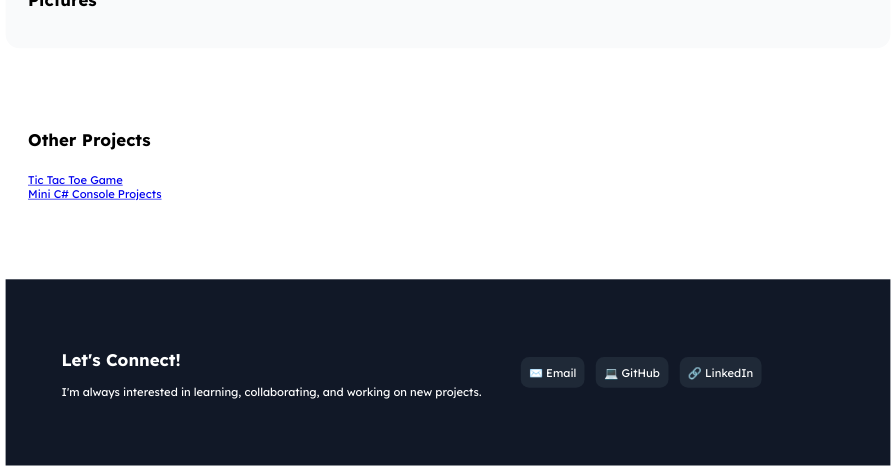
Repository: perrybalaba/perrybalaba
Page: pages/weapon-upgrade.html
An editor plug-in stored every save of this project. The page is shown before and after the next save, followed by the edit.
The browser window is 1280 px wide. The pictures show the part of the page from y = 540 to 2460 px (the page is 1213 px tall before and 2781 px after), at 70% of full size.

Above is the page before, as saved 2026-05-14 18:16:04.

After the next save:
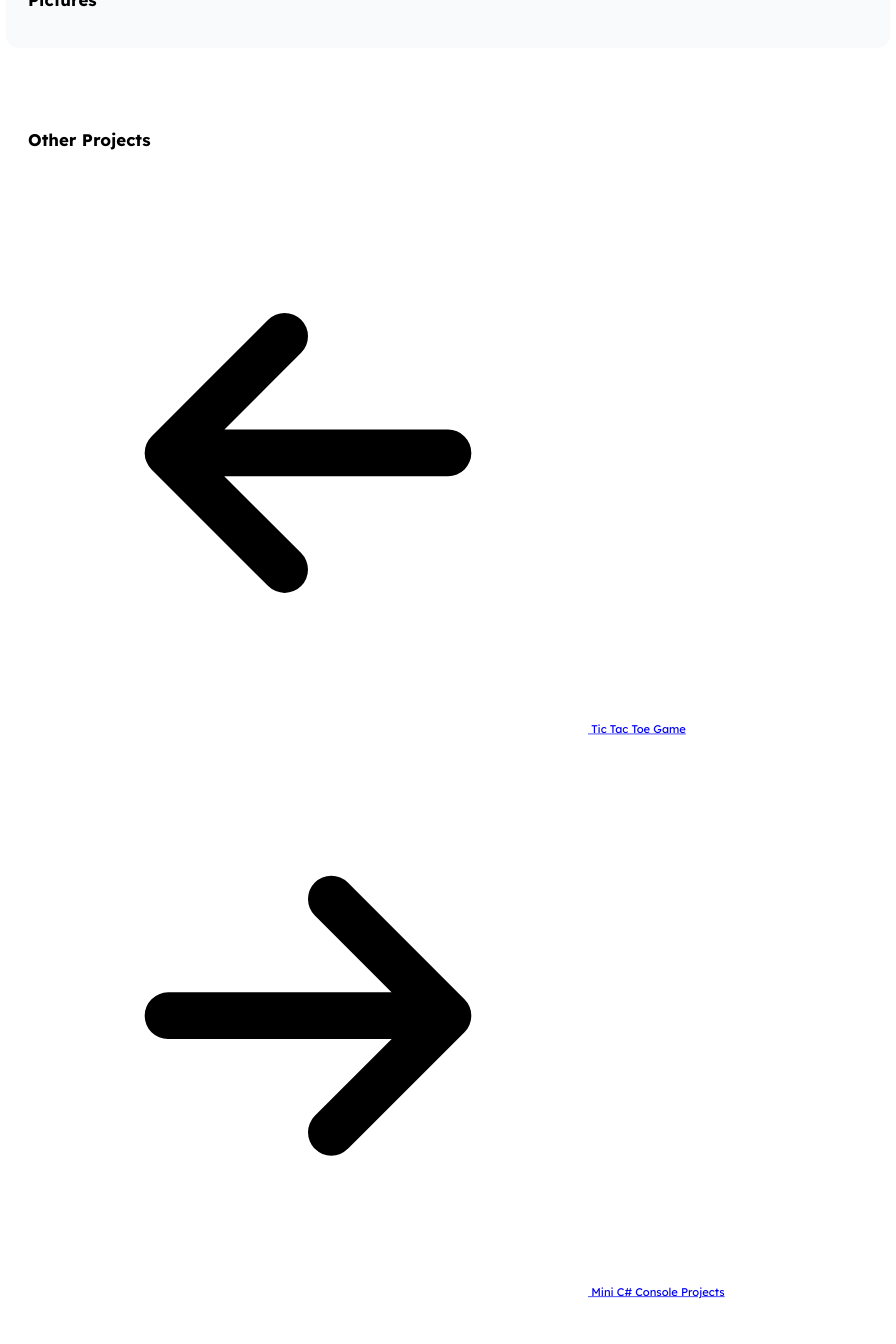
Saved 5 min 15 s later.
--- a/pages/weapon-upgrade.html
+++ b/pages/weapon-upgrade.html
@@ -43,11 +43,18 @@
         <div class="Other-Projects">
             <h2> Other Projects </h2>
             <div class="Other-Projects-Card-Left">
-                <a href="./tic-tac-toe.html"> Tic Tac Toe Game</a>
+                <a href="./tic-tac-toe.html">
+                    <img src="../assets/images/arrow-sm-left-svgrepo-com.svg">
+                    Tic Tac Toe Game
+                </a>
             </div>
 
             <div class="Other-Projects-Card-Right">
-                <a href="./console-projects.html"> Mini C# Console Projects </a>
+                <a href="./console-projects.html">
+                    <img src="../assets/images/arrow-sm-right-svgrepo-com.svg">
+                    Mini C# Console Projects
+                </a>
+
             </div>
         </div>
 
